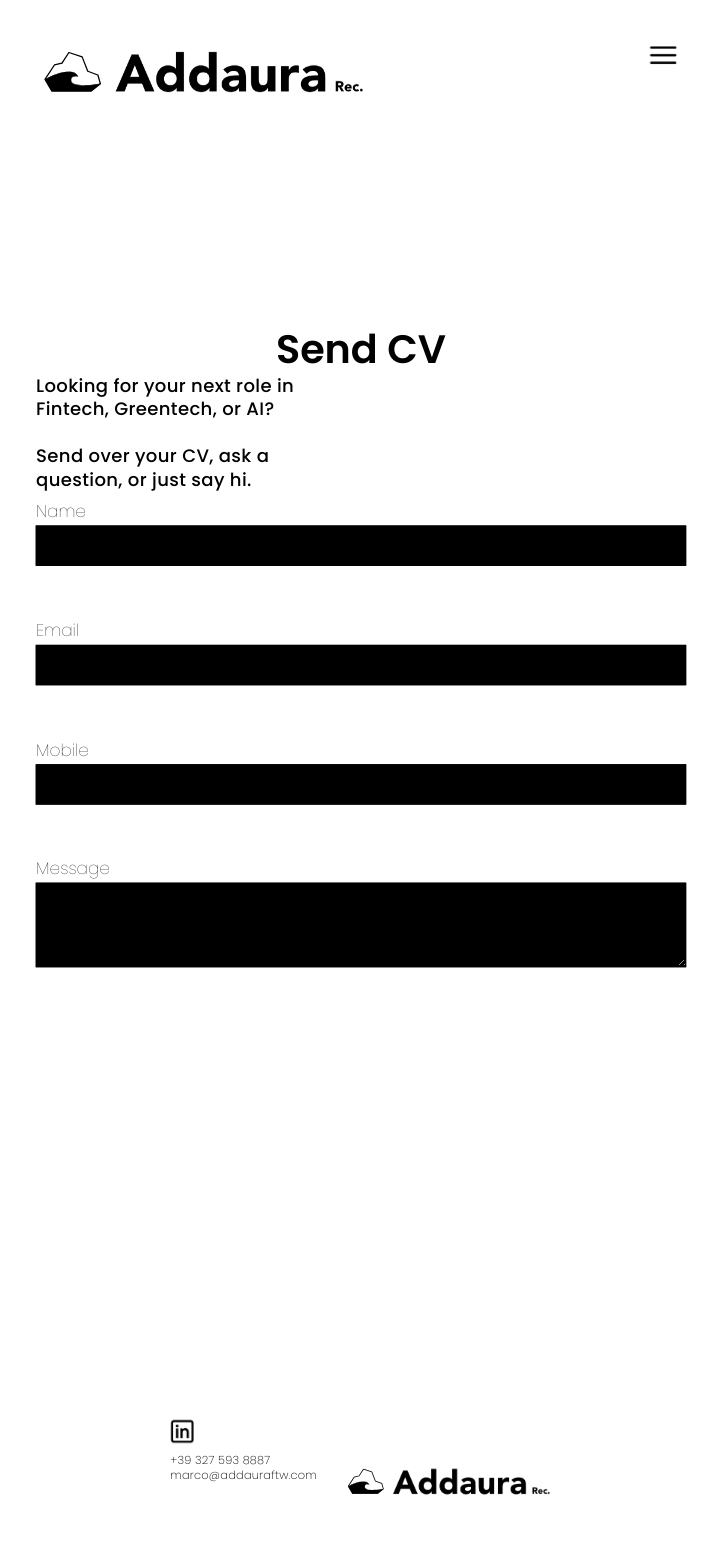
Repository: UnatPannu/Addaura-Trial
Page: public/send-cv.html
An editor plug-in stored every save of this project. The page is shown before and after the next save, followed by the edit.
The browser window is 768 px wide. The pictures show the whole page, at 94% of full size.

Above is the page before, as saved 2025-09-16 01:17:23.

### public/send-cv.html
<!DOCTYPE HTML>
<head>
    <meta charset="UTF-8">
        <meta name="viewport" content="width=device-width, initial-scale=1.0">
        <link rel="preconnect" href="https://fonts.googleapis.com">
        <link rel="preconnect" href="https://fonts.gstatic.com" crossorigin>
        <link href="https://fonts.googleapis.com/css2?family=Montserrat:ital,wght@0,100..900;1,100..900&family=Poppins:ital,wght@0,100;0,200;0,300;0,400;0,500;0,600;0,700;0,800;0,900;1,100;1,200;1,300;1,400;1,500;1,600;1,700;1,800;1,900&display=swap" rel="stylesheet">
        <link rel="stylesheet" href="styles/styles.css">
        <link rel="stylesheet" href="styles/send-cv.css">
        <title>Send CV - Addaura Rec</title>
        <link rel="icon" href="assets/Addaura-logo/rock.svg" media="(prefers-color-scheme: light)">
        <link rel="icon" href="assets/Addaura-logo/rock-dark.svg" media="(prefers-color-scheme: dark)">
</head>
<body>
        <header>
        <nav class="navbar light-navbar" role="navigation" aria-label="Main navigation">
                    <a href="index.html" class="mobile-logo">
            <img src="assets/Addaura-logo/logo-black.svg" alt="Addaura Logo" />
        </a>
                <button class="nav-toggle" aria-label="Toggle menu">
                    <span class="menu-icon"><img src="assets/Icons/nav-toggle.png"/></span>
                    <span class="close-icon"><img src="assets/Icons/nav-cross-white.png"/></span>
                </button>
            <div class="nav-menu">
                <ul class="nav-links">
                    <li><a href="index.html"><img src="assets/Addaura-logo/logo-black.svg" alt="Addaura Logo" id="nav-logo"/></a></li>
                    <li><a href="about-me.html">About Me</a></li>
                    <li><a href="services.html">Services</a></li>
                    <li><a href="clients.html">Clients</a></li>
                    <li><a href="contact.html">Contact</a></li>
                    <li><a href="#">Blog</a></li>
                    <li id="active"><a href="#" id="cv-button">Send CV</a></li>
                </ul>
            </div>
        </nav>
        </header>
        <div class="get-in-touch">
            <div class="cv-container">
            <div class="heading">
            <h1 id="touch-heading">Get in Touch.</h1>
            <h1 class="mobile-heading">Send CV</h1>
            <h6>Looking for your next role in Fintech, Greentech, or AI?<br/><br/>Send over your CV, ask a question, or just say hi.</h6>
            </div>
            <form id="cv-form">
                <label for="name">Name</label>
                <input type="text" id="name" required/><br/>
                <label for="email">Email</label>
                <input type="email" id="email" required/><br/>
                <label for="mobile">Mobile</label>
                <input type="tel" id="mobile"/><br/>
                <label for="message">Message</label>
                <textarea id="message"></textarea><br/>
                <button type="submit" class="wave-button">
        </div>
        </div>
        <footer>
            <div class="contact-info">
                                <div class="footer-logos">
                    <a href="http://linkedin.com/in/marco-mannino-053960225"><img src="assets/Footer/linkedin-icon.png" alt="Linkedin"/></a>
                </div>
                <p>+39 327 593 8887</p>
                <p>marco@addauraftw.com</p>
            </div>
            <img src="assets/Addaura-logo/logo-black.svg" alt="Addaura"/>
        </footer>
        <script src="scripts/script.js"></script>
    </body>
    </html>

### public/styles/send-cv.css
.cv-container{
  display:flex;
  width:75%;
  margin-inline:auto;
  justify-content:space-between;
  margin-top:10%;
  margin-bottom:10%;
}
.cv-container h6{
  font-size: clamp(0.80rem, 0.85vw, 0.9rem);
  font-weight:500;
  width:50%;
}
.cv-container .heading{
  width:80%;
}
.cv-container .heading h1{
  margin-left:0px;
  padding-left:0px;
}
#cv-form textarea{
  height:35%;
  width:100%;
}
#cv-form{
  font-weight:100;
}
#cv-form input{
  height: 30px;
  font-size:0.30em;
  color:white;
}
#cv-form label{
  font-size: clamp(0.75rem, 0.75vw, 1rem);
}
#cv-form input, #cv-form textarea{
  margin-bottom:10px;
  padding:3%;
  border:1px solid black;
  background-color:black;
  font-size: clamp(0.875rem, 1vw, 1rem);
  margin-bottom:7%;
  color:white;
}
#cv-form input::placeholder, #cv-form textarea::placeholder{
    color:white;
}
#cv-form input:focus, #cv-form textarea:focus, #cv-form input:not(:placeholder-shown) {
    width:100%;
    color:white;
    outline:none;
}
#cv-form input:focus::placeholder, #cv-form textarea:focus::placeholder{
    color:white;
}
#cv-form input:-webkit-autofill,
#cv-form input:-webkit-autofill:hover,
#cv-form input:-webkit-autofill:focus,
#cv-form textarea:-webkit-autofill,
#cv-form textarea:-webkit-autofill:hover,
#cv-form textarea:-webkit-autofill:focus {
  -webkit-box-shadow: 0 0 0px 1000px black inset !important; /* Force black background */
  -webkit-text-fill-color: white !important; /* Force white text */
  background-color: black !important; /* Fallback */
  border: 1px solid black !important;
  transition: background-color 9999s ease-in-out 0s !important; /* Prevent flash */
}
/*Mobile Only*/
@media(max-width:768px){


  .mobile-heading{
      display:block;
      text-align: center;
    }
  .cv-container{
    flex-direction:column;
    width:90%;
    margin-top:20%;
  }
  #touch-heading{
    display:none;
  }
}

Loaded but not shown: public/scripts/script.js (113 lines, source omitted); public/styles/styles.css (1166 lines, source omitted)

After the next save:
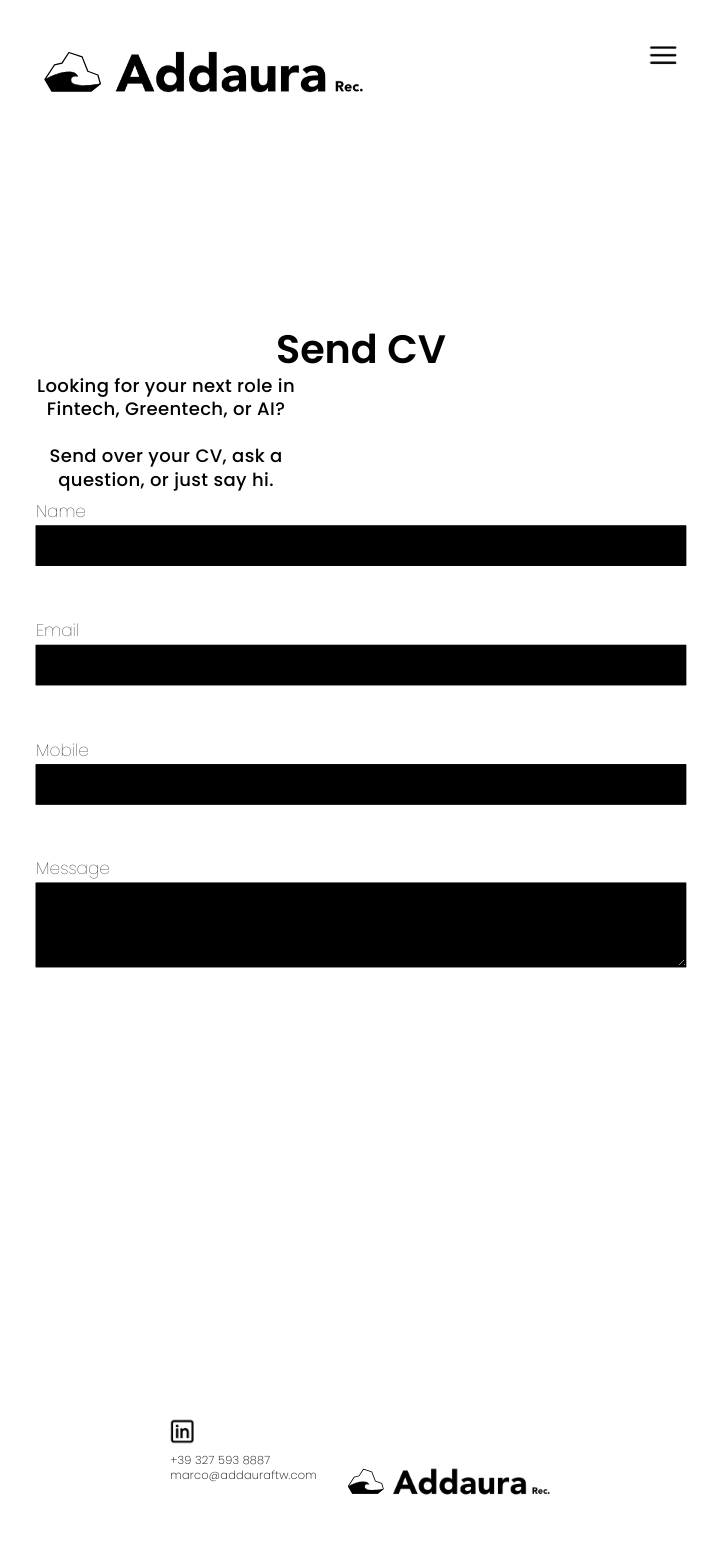
Saved 16 s later.
--- a/public/styles/send-cv.css
+++ b/public/styles/send-cv.css
@@ -68,7 +68,9 @@
 /*Mobile Only*/
 @media(max-width:768px){
 
-
+  .heading{
+    text-align: center;
+  }
   .mobile-heading{
       display:block;
       text-align: center;
